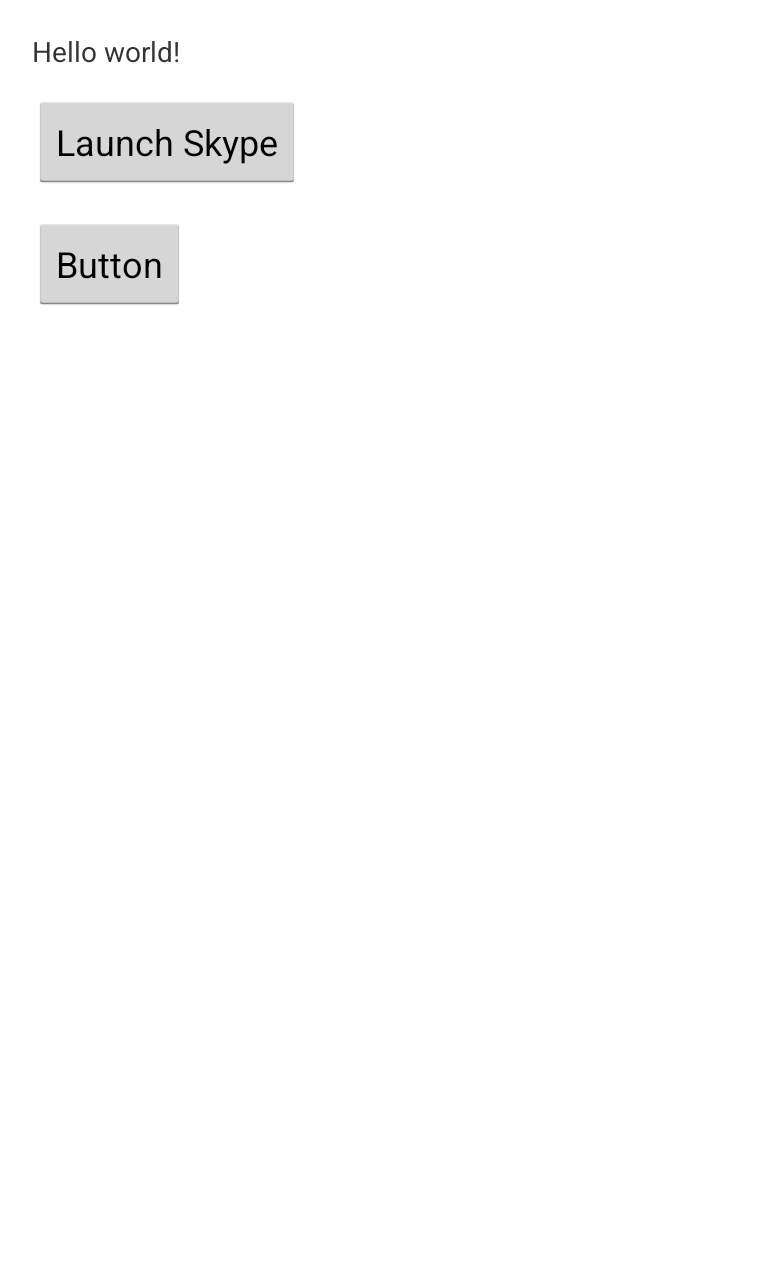
Repository: luckyabhishek/helloWorld
Layout: SayHello/res/layout/activity_main.xml
These files come from the project's save history. The layout is drawn as it stood at one moment and after the next save; the edit follows.
It is drawn on a 768 x 1280 px phone screen (xhdpi) without system bars, with theme AppTheme; the app's code is not run.

Above is the layout before, as saved 2014-11-14 12:04:19.

After the next save:
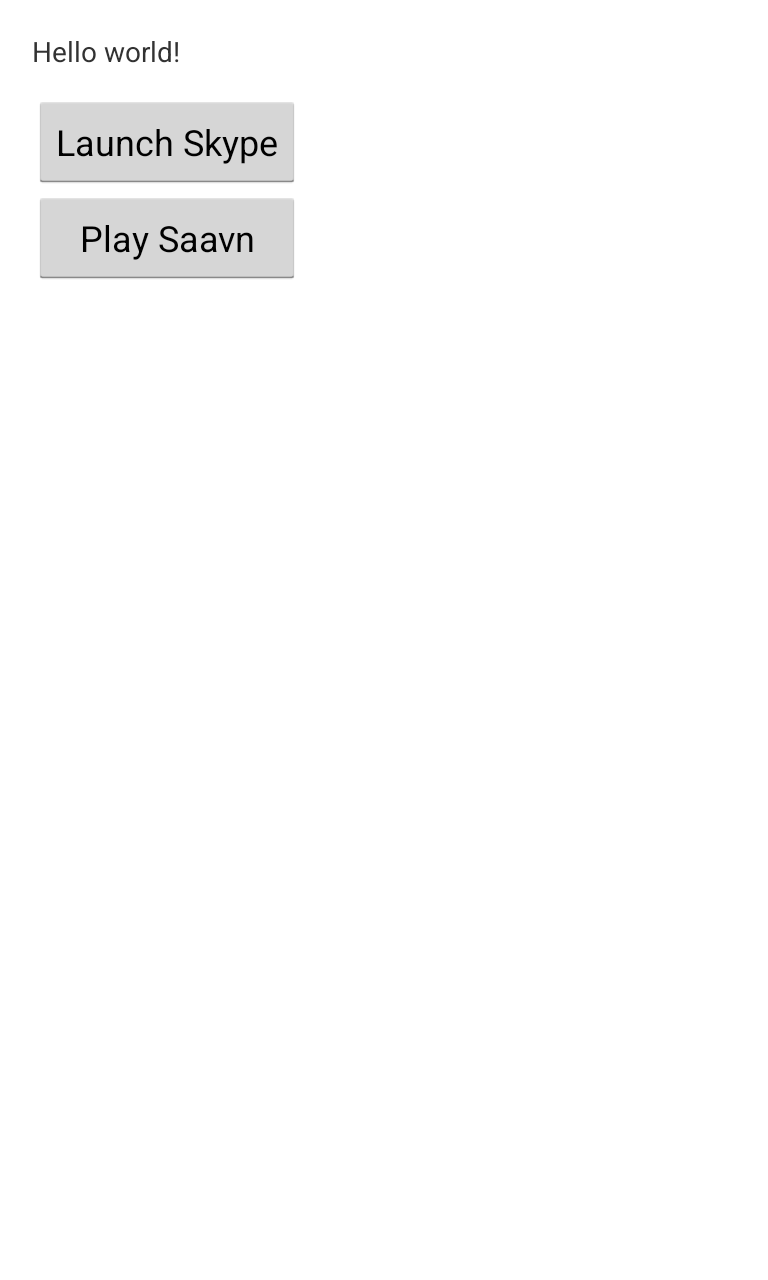
Saved 33 s later.
--- a/SayHello/res/layout/activity_main.xml
+++ b/SayHello/res/layout/activity_main.xml
@@ -29,8 +29,8 @@
         android:layout_width="wrap_content"
         android:layout_height="wrap_content"
         android:layout_alignLeft="@+id/button1"
+        android:layout_alignRight="@+id/button1"
         android:layout_below="@+id/button1"
-        android:layout_marginTop="13dp"
-        android:text="Button" />
+        android:text="Play Saavn" />
 
 </RelativeLayout>
